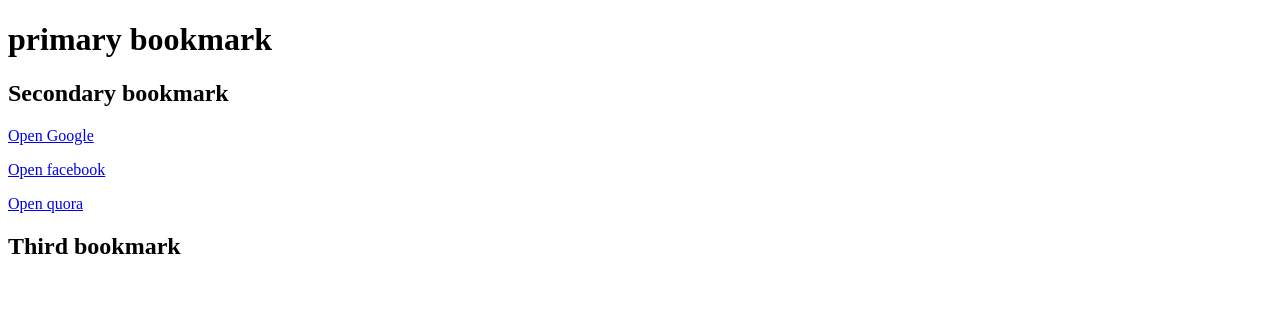
Repository: Mohan2347/Project-2
Page: 3.html
These files come from the project's save history. The page is drawn as it stood at one moment and after a run of saves; the edit follows.
The browser window is 1280 px wide. The pictures show the whole page.

Above is the page before, as saved 2024-11-02 23:12:07.

### 3.html
<!DOCTYPE html>
<html lang="en">
<head>
    <meta charset="UTF-8">
    <meta name="viewport" content="width=device-width, initial-scale=1.0">
    <title>My Book marks</title>
</head>
<body>
    <h1>primary bookmark</h1>
    <h2>Secondary bookmark</h2>
    <p><a target="_blank" href="https://www.google.com">Open Google</a></p>
    <p><a target = "_blank" href="https://www.facebook.com">Open facebook</a></p>
    <p><a target = "_blank" href="https://www.quora.com">Open quora</a></p>
    <p><a href="https://www.codewithharry.com"></a></p>
    <h2>Third bookmark</h2>
</body>
</html>

After the next 3 saves:
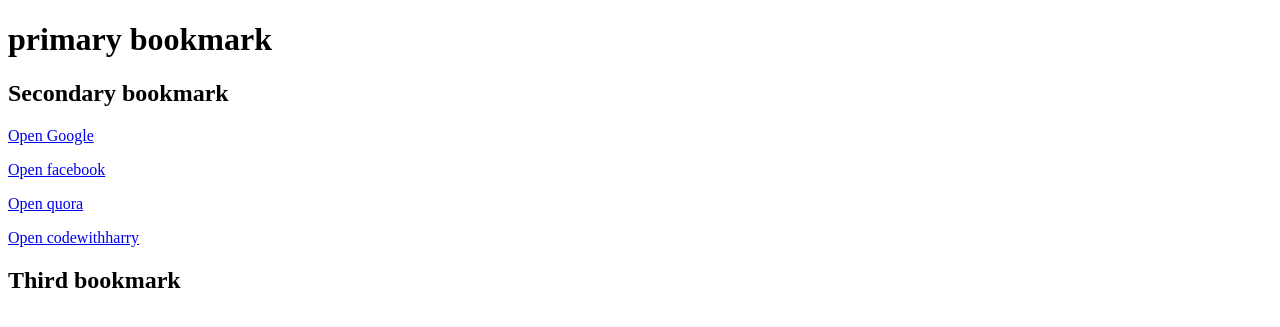
The 3 saves are shown as one change because they came seconds apart.
The last was saved 11 s later.
--- a/3.html
+++ b/3.html
@@ -11,7 +11,7 @@
     <p><a target="_blank" href="https://www.google.com">Open Google</a></p>
     <p><a target = "_blank" href="https://www.facebook.com">Open facebook</a></p>
     <p><a target = "_blank" href="https://www.quora.com">Open quora</a></p>
-    <p><a href="https://www.codewithharry.com"></a></p>
+    <p><a href="https://www.codewithharry.com">Open codewithharry</a></p>
     <h2>Third bookmark</h2>
 </body>
 </html>
